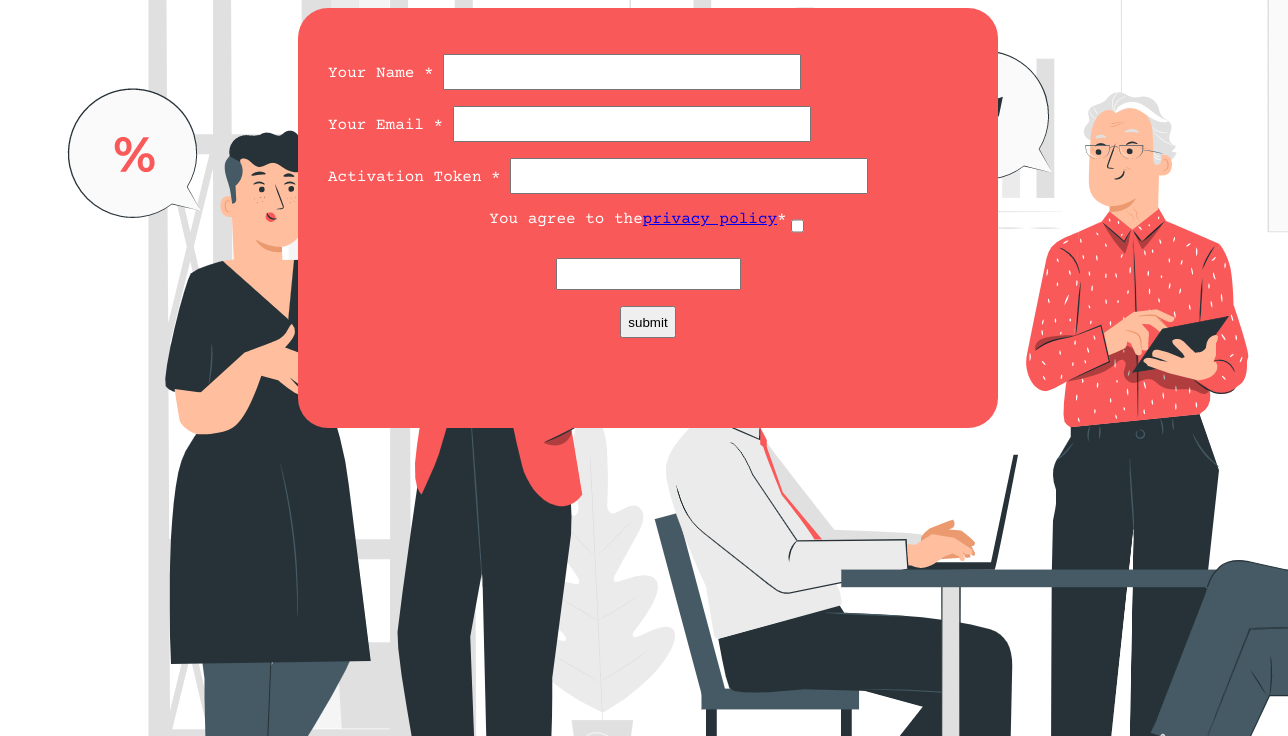
Repository: Rachael4life/Assignment-1
Page: starter-code/src/index.html
These files come from the project's save history. The page is drawn as it stood at one moment and after a run of saves; the edit follows.
The browser window is 1280 px wide. The page is 1288 px wide, so the pictures cover 1288 px, including what lies to the right of the window. The pictures show the whole page.

Above is the page before, as saved 2022-02-25 15:46:24.

### starter-code/src/index.html
<!DOCTYPE html>
<html lang="en">
<head>
    <meta charset="UTF-8">
    <meta http-equiv="X-UA-Compatible" content="IE=edge">
    <meta name="viewport" content="width=device-width, initial-scale=1.0">
    <link rel="stylesheet" href="style.css">
    <link rel="preconnect" href="https://fonts.googleapis.com">
<link rel="preconnect" href="https://fonts.gstatic.com" crossorigin>
    <link href="https://fonts.googleapis.com/css2?family=Courier+Prime&display=swap" rel="stylesheet">
    <title>Assignment 1</title>
</head>
<body>
    <div id="ramyeon">

        <form class="kimchi">
            <div> <p></p>
                <label for="name">Your Name <span class="asteric">*</span></label>
                <input class="formgroup" type="text" name="name" id="name" placeholder="">
            </div>
            <div> <p></p>
                <label for="email">Your Email <span class="asteric">*</span> </label>
                <input class="formgroup" type="text" name="email" id="email" placeholder="">
            </div>
            <div> <p></p>
                <label for="password">Activation Token <span class="asteric">*</span> </label>
                <input class="formgroup" type="password" name="activation token" id="name" placeholder="">
            </div>
           <p></p>
            <div id="water"><p></p>
                You agree to the <a href="privacy policy"> privacy policy</a> * <input type="checkbox">
            </div>
            <p></p>
            <div id="beef"><p></p>
                <input type="text">
            </div>
            <p></p>
            <div id="gogi"><p></p>
                <button type="button">submit</button>
            </div>
        </form>
    </div>
</body>
</html>

### starter-code/src/style.css
body {
    color: white;
    font-family: 'Courier Prime', monospace;
    width: 100vw;
    height: 100vh;
    background-image: url("img.png");
    background-position: 10px;
    bac
}
form {
    background-color: #fa5959;
    font-size: 16px;
    width: 50%;
    height: 50%;
    padding: 30px;
    border-radius: 30px;
}
#ramyeon {
    display: flex;
    justify-content: center;
    align-content: space-between;
    width: 100%;
    height: 100%;
}
#beef {
    align-content: center;
    justify-content: center;
    display: flex;
}
#gogi {
    display: flex;
    justify-content: center;
    align-content:center;
}
#water {
    align-content: center;
    justify-content: center;
    display:flex;
}
.formgroup {
    width: 350px;
    height: 30px;
}

After the next 3 saves:
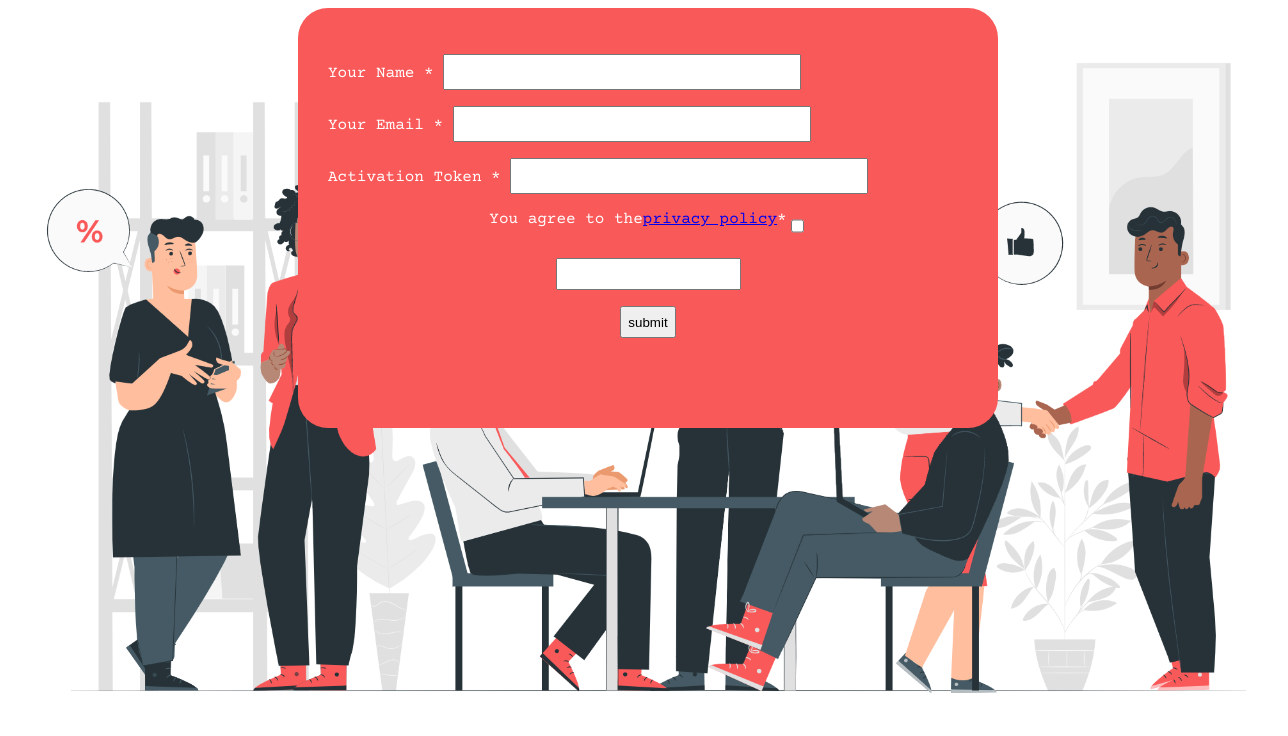
The 3 saves are shown as one change because they came seconds apart.
The last was saved 9 s later.
--- a/starter-code/src/style.css
+++ b/starter-code/src/style.css
@@ -5,7 +5,8 @@ body {
     height: 100vh;
     background-image: url("img.png");
     background-position: 10px;
-    bac
+    background-size: cover;
+
 }
 form {
     background-color: #fa5959;
